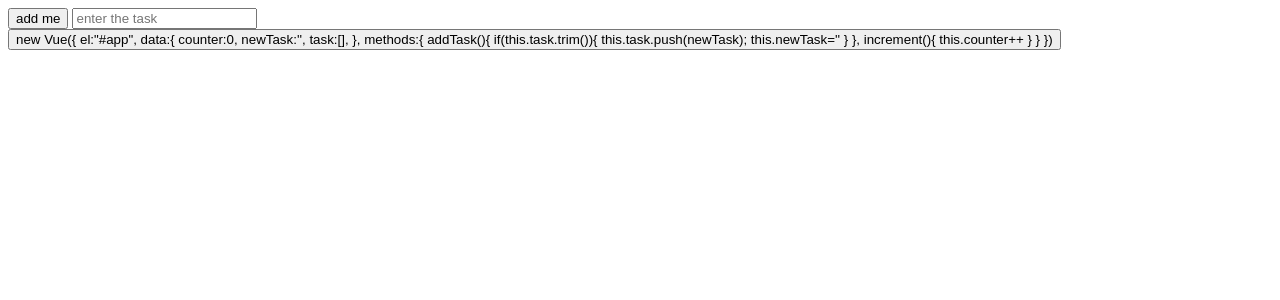
Repository: pawvan/amazonui
Page: index.html
These files come from the project's save history. The page is drawn as it stood at one moment and after the next save; the edit follows.
The browser window is 1280 px wide. The pictures show the whole page.

Above is the page before, as saved 2025-01-01 13:27:49.

### index.html
<!DOCTYPE html>
<html lang="en">
<head>
    <meta charset="UTF-8">
    <meta name="viewport" content="width=device-width, initial-scale=1.0">
    <title>Document</title>
</head>
<body>
    <button @click="addtask" >add me</button>
<input v-model="newtask"  placeholder="enter the task"/>
<button
<script>
    new Vue({
        el:"#app",
        data:{
        counter:0,
newTask:'',
task:[],
        },
        methods:{
           addTask(){
            if(this.task.trim()){
                this.task.push(newTask);
                this.newTask=''
            }
           },
            increment(){
                this.counter++
            }
        }
    })
</script>
    </body>

</html>

After the next save:
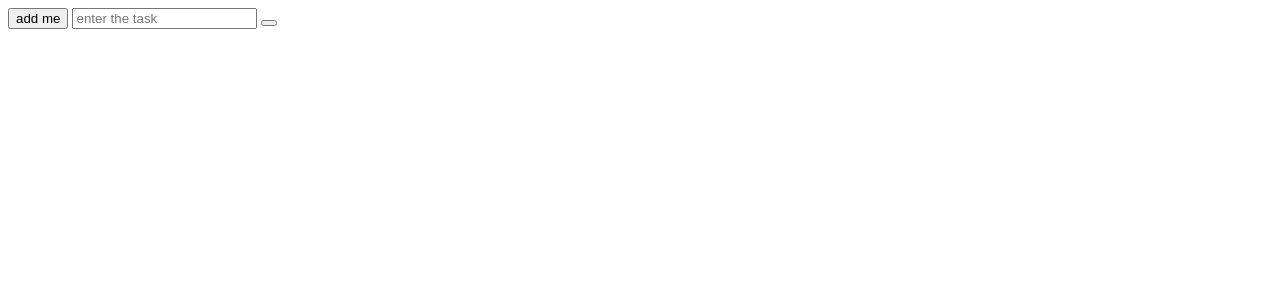
Console error: ReferenceError: Vue is not defined
Saved 4 s later.
--- a/index.html
+++ b/index.html
@@ -8,7 +8,7 @@
 <body>
     <button @click="addtask" >add me</button>
 <input v-model="newtask"  placeholder="enter the task"/>
-<button
+<button ></button>
 <script>
     new Vue({
         el:"#app",
